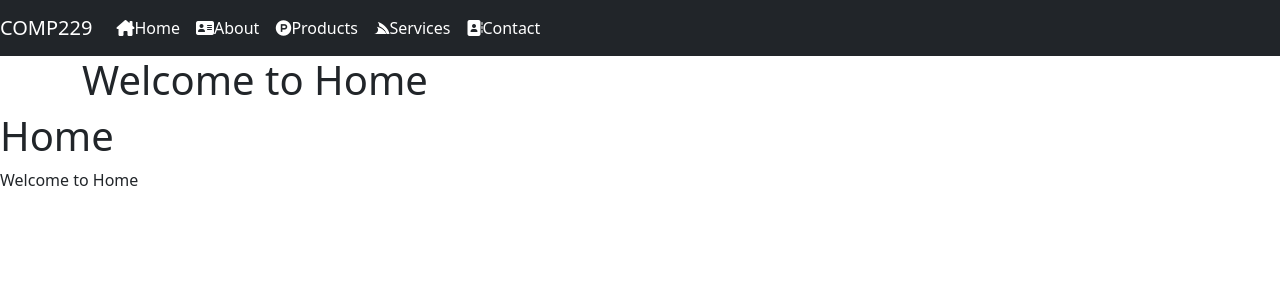
Repository: BlessingAjiboye/WEEK52023W
Page: http://localhost/
An editor plug-in stored every save of this project. The page is shown before and after the next save, followed by the edit.
The browser window is 1280 px wide. The pictures show the whole page.
The page is served by the project's Node server (server.js).

Above is the page before, as saved 2023-01-26 11:32:45.

After the next save:
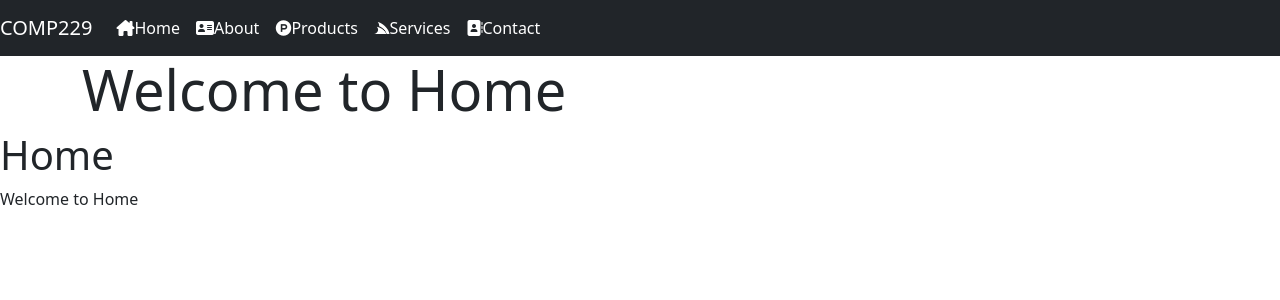
Saved 6 s later.
--- a/views/index.ejs
+++ b/views/index.ejs
@@ -63,7 +63,7 @@
 </nav>
 <main class="container">
   <div class="jumbotron">
-    <h1 class="">Welcome to <%= title %></h1>
+    <h1 class="display-4">Welcome to <%= title %></h1>
     </div>
   </main>
    <h1><%= title %></h1>
